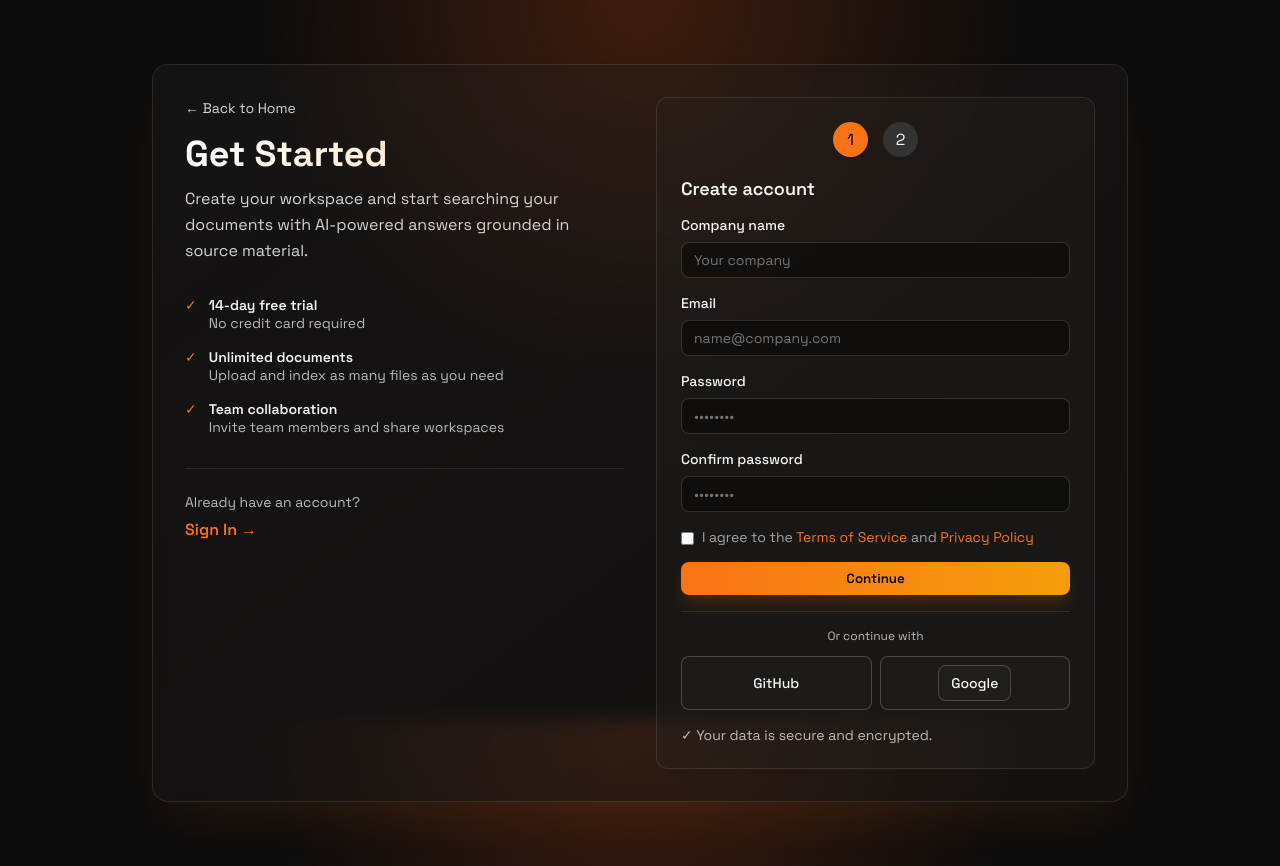
Repository: 4hmedshanu/RAG_Project_collage
Page: http://localhost/signup
An editor plug-in stored every save of this project. The page is shown before and after the next save, followed by the edit.
The browser window is 1280 px wide. The pictures show the whole page.
Backgrounds fixed to the window are drawn as part of the page. The page is this project's Thymeleaf template; nobody is signed in. The template is opened directly, without the code that normally fills it, so the values that code supplies are empty.

Above is the page before, as saved 2026-06-12 22:28:11.

After the next save:
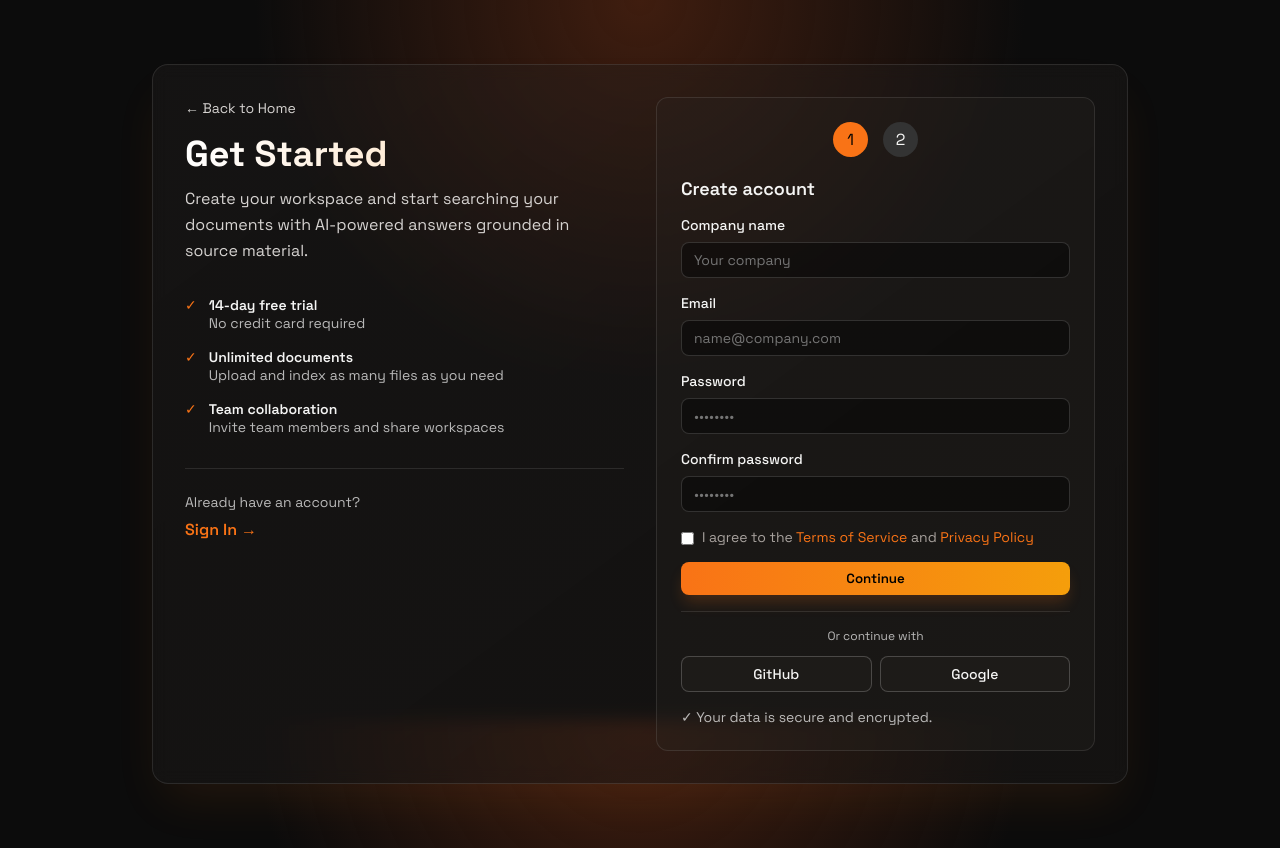
Saved 3 min 52 s later.
--- a/frontenddoc/src/main/resources/templates/signup.html
+++ b/frontenddoc/src/main/resources/templates/signup.html
@@ -65,16 +65,16 @@
         <input name="name"  id="company" type="text" class="form-input" placeholder="Your company"  />
 
         <label for="email" class="form-label">Email</label>
-        <input name="email" id="email" type="email" class="form-input"  placeholder="name@company.com" />
+        <input name="email" id="email" type="email" class="form-input"  placeholder="name@company.com"  required/>
 
         <label for="password" class="form-label">Password</label>
-        <input name="password" id="password" type="password" class="form-input"  placeholder="••••••••" />
+        <input name="password" id="password" type="password" class="form-input"  placeholder="••••••••"  required/>
 
         <label for="confirm" class="form-label">Confirm password</label>
-        <input id="confirm" type="password" class="form-input" name="" placeholder="••••••••" />
+        <input id="confirm" type="password" class="form-input" name="" placeholder="••••••••" required/>
 
         <div class="terms-group">
-          <input id="terms" type="checkbox" class="checkbox-input" />
+          <input id="terms" type="checkbox" class="checkbox-input" required/>
           <label for="terms" class="terms-label">
             I agree to the <a href="/policies" class="link-inline">Terms of Service</a> and <a href="/policies" class="link-inline">Privacy Policy</a>
           </label>
@@ -91,7 +91,12 @@
           <p class="sso-text">Or continue with</p>
           <div class="sso-buttons">
             <button type="button" class="btn-sso">GitHub</button>
-            <a href="/oauth2/authorization/google" class="btn-sso"><button type="button" class="btn-sso" >   Google</button></a>
+            <button type="button"
+        class="btn-sso"
+        onclick="window.location.href='/oauth2/authorization/google'">
+    Google
+</button>
+            <!-- <a href="/oauth2/authorization/google" class="btn-sso"><button type="button" class="btn-sso" >   Google</button></a> -->
           </div>
         </div>
 
